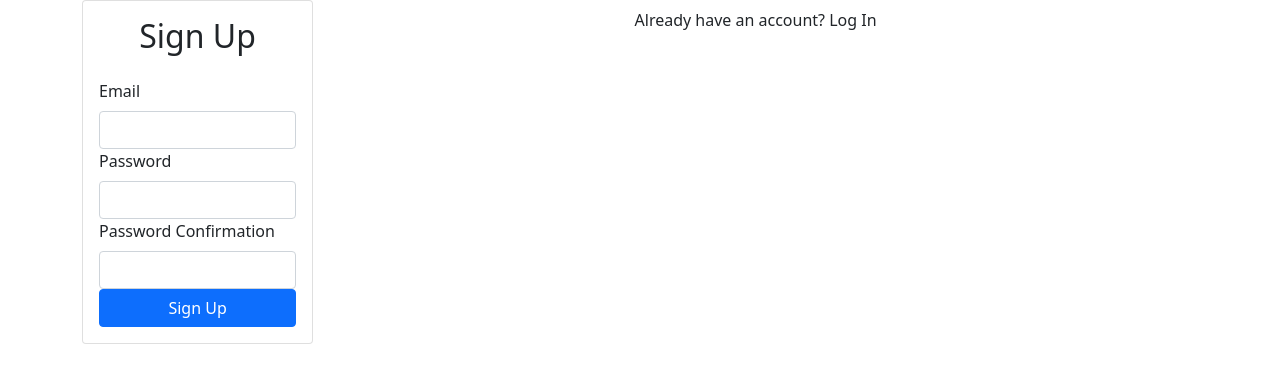
Repository: castilla-aurela/firebase-react-auth
Page: /
An editor plug-in stored every save of this project. The page is shown before and after a run of saves, followed by the edit.
The browser window is 1280 px wide. The pictures show the whole page.
The project was rebuilt for these pictures with package versions that can differ from the ones it lists, and the page was loaded fresh each time.

Above is the page before, as saved 2021-10-03 16:17:57.

After the next 2 saves:
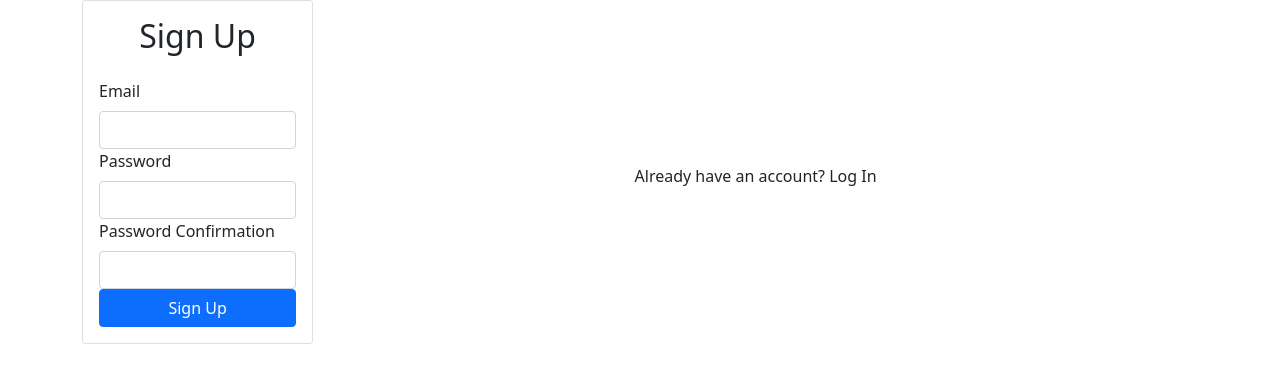
The 2 saves are shown as one change because they came seconds apart.
The last was saved 14 s later.
--- a/src/components/App.js
+++ b/src/components/App.js
@@ -4,7 +4,7 @@ import {Container} from 'react-bootstrap'
 
 function App() {
   return (
-    <Container className = "d-flex ">
+    <Container className = "d-flex align-items-center">
       <Signup />
     </Container>
   );
